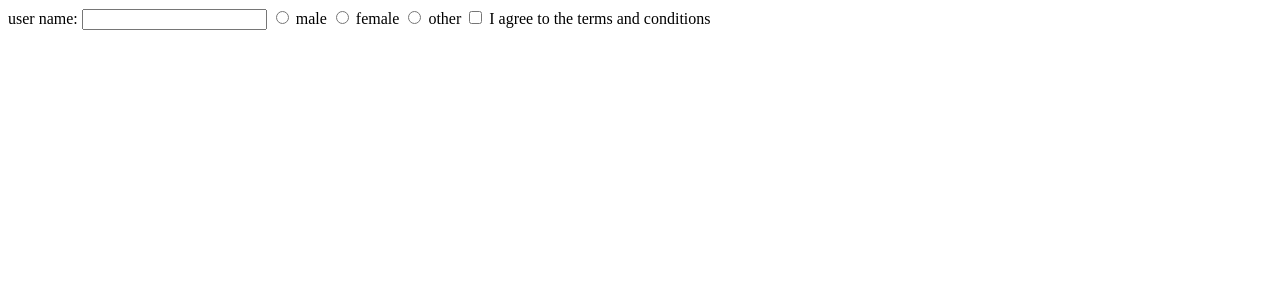
Repository: EMERIC237/codeFi-js
Page: week1/exercise4/index.html
These files come from the project's save history. The page is drawn as it stood at one moment and after the next save; the edit follows.
The browser window is 1280 px wide. The pictures show the whole page.

Above is the page before, as saved 2023-08-21 19:39:55.

### week1/exercise4/index.html
<!DOCTYPE html>
<html lang="en">
  <head>
    <meta charset="UTF-8" />
    <meta name="viewport" content="width=device-width, initial-scale=1.0" />
    <title></title>
  </head>
  <body>
    <label for="userName">user name: </label>
    <input type="text" name="userName" />
    <label
      ><input id="genre" type="radio" name="genre" value="male" /> male</label
    >
    <label
      ><input id="genre" type="radio" name="genre" value="female" />
      female</label
    >
    <label
      ><input id="genre" type="radio" name="genre" value="other" /> other</label
    >
    <input id="term" type="checkbox" name="term"> <label for="term">I agree to the terms and conditions</label>


  </body>
</html>

After the next save:
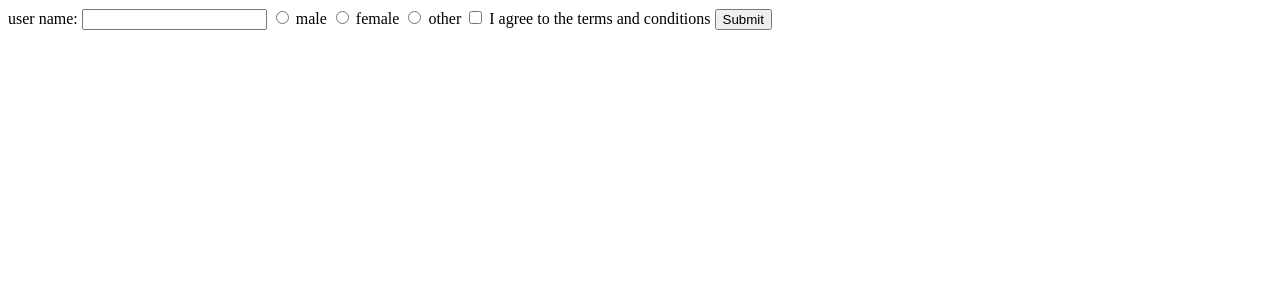
Saved 10 s later.
--- a/week1/exercise4/index.html
+++ b/week1/exercise4/index.html
@@ -19,7 +19,7 @@
       ><input id="genre" type="radio" name="genre" value="other" /> other</label
     >
     <input id="term" type="checkbox" name="term"> <label for="term">I agree to the terms and conditions</label>
-
+    <button type="submit">Submit</button>
 
   </body>
 </html>
